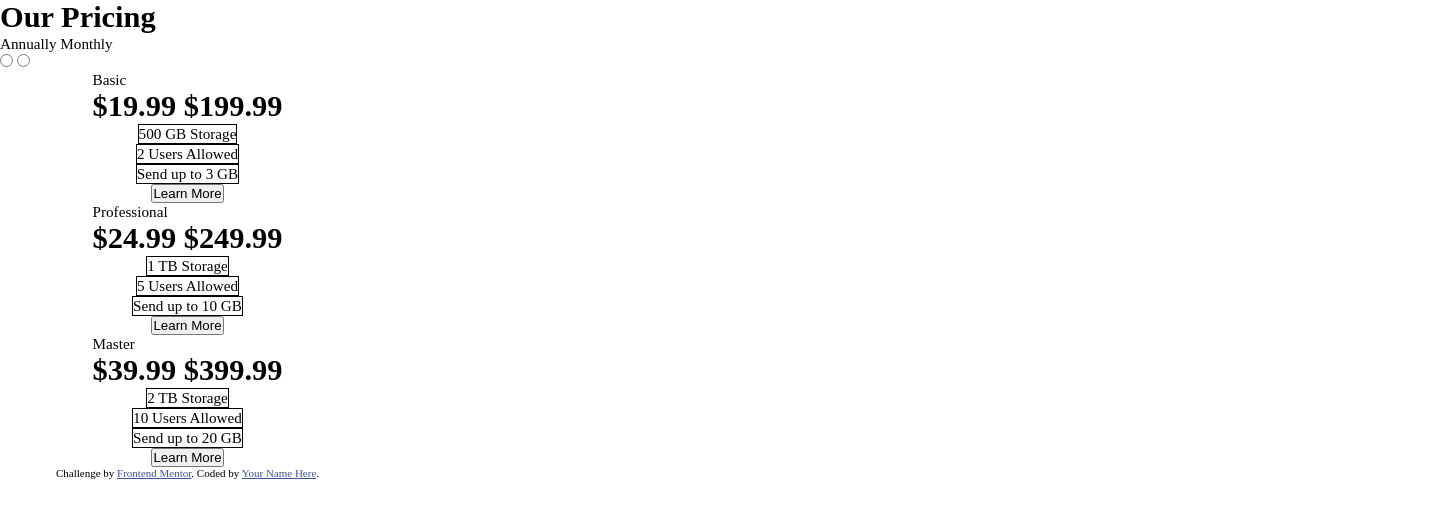
Repository: JuzzJoel/pricing-component-with-toggle-master
Page: index.html
The author's editor kept a copy of each file at every save. The page is drawn from the files as they stood at one save, then again after a run of saves.
The browser window is 1440 px wide. The pictures show the whole page.

Above is the page before, as saved 2025-05-24 08:05:04.

### index.html
<!DOCTYPE html>
<html lang="en">
<head>
  <meta charset="UTF-8">
  <meta name="viewport" content="width=device-width, initial-scale=1.0"> <!-- displays site properly based on user's device -->

  <link rel="icon" type="image/png" sizes="32x32" href="./images/favicon-32x32.png">

  <title>Frontend Mentor | [pricing-component-with-toggle-master]</title>
  <style>
    :root{

--linear-gradient: hsl(236, 72%, 79%) to hsl(237, 63%, 64%);

--clr-pri: hsl(240, 78%, 98%);
--clr-pri-acc: hsl(234, 14%, 74%);
--clr-sec: hsl(233, 13%, 49%);
--clr-sec-acc: hsl(232, 13%, 33%);
    }
*,
*::before,
*::after {
    box-sizing: border-box;
}

* {
    margin: 0;
    padding: 0;
    box-sizing: border-box;
}

    .attribution { font-size: 11px; text-align: center; }
    .attribution a { color: hsl(228, 45%, 44%); }
body{
  font-size: 0.95rem;
  width: 375px;
}


.container{

}
  .pricing-header{

  }

    .toggle-box{}

     .toggle-container{}

       .pricing{}

     .toggle-slider{

     }
   .body{

   }
   .content{
    display: flex;
    flex-direction: column;
    justify-content: space-evenly;
   }
   .card-container{
    display: flex;
    flex-direction: column;
    align-items: center;
   }
        .card{
          display: flex;
          flex-direction: column;
          align-items: center;
          width: 90%;
          height: 90%;
        }
          .rows-head{
            height: 35%;
          }

          .rows{
            height: 15%;
            border: 1px solid black;
          }
          .rows-button{
            height: 25%;
          }


          @media(min-width:1440px){
            .content{
              display: flex;
              flex-direction: column;
              justify-content: space-evenly;
             }
          }
  </style>
</head>
<body>



  <div class="container">
    <div class="pricing-header">
      <h1>Our Pricing</h1>
      <div class="toggle-box">
        Annually
        Monthly
        <div class="toggle-container">

          <input type="radio" class="pricing" id="price-annnual">
          <label for=""></label>

          <input type="radio" class="pricing" id="price-month">
          <label for=""></label>

          <div class="toggle-slider"></div>
        </div>
      </div>
      <div class="body">
        <div class="content">
          <div class="card-container">
<div class="card">
            <div class="rows-head">Basic
         <h1>   &dollar;19.99
            &dollar;199.99</h1>
          </div>
            <div class="rows">500 GB Storage</div>
            <div class="rows">2 Users Allowed</div>
            <div class="rows">Send up to 3 GB</div>
            <div class="rows-button"><button>Learn More</button></div>
          </div>
          </div>

          <div class="card-container">
            <div class="card">
            <div class="rows-head">Professional
              <h1>  &dollar;24.99
            &dollar;249.99 </h1>
          </div>
            <div class="rows">1 TB Storage</div>
            <div class="rows">5 Users Allowed</div>
            <div class="rows">Send up to 10 GB</div>
            <div class="rows-button"><button>Learn More</button></div>
          </div>
          </div>
          <div class="card-container">
            <div class="card">
            <div class="rows-head">Master
              <h1>   &dollar;39.99
            &dollar;399.99</h1>
          </div>
            <div class="rows">2 TB Storage</div>
            <div class="rows">10 Users Allowed</div>
            <div class="rows">Send up to 20 GB</div>
            <div class="rows-button"><button>Learn More</button></div>
          </div>
          </div>
        </div>
      </div>
    </div>
  </div>

  <div class="attribution">
    Challenge by <a href="https://www.frontendmentor.io?ref=challenge" target="_blank">Frontend Mentor</a>.
    Coded by <a href="#">Your Name Here</a>.
  </div>
</body>
</html>

After the next 2 saves:
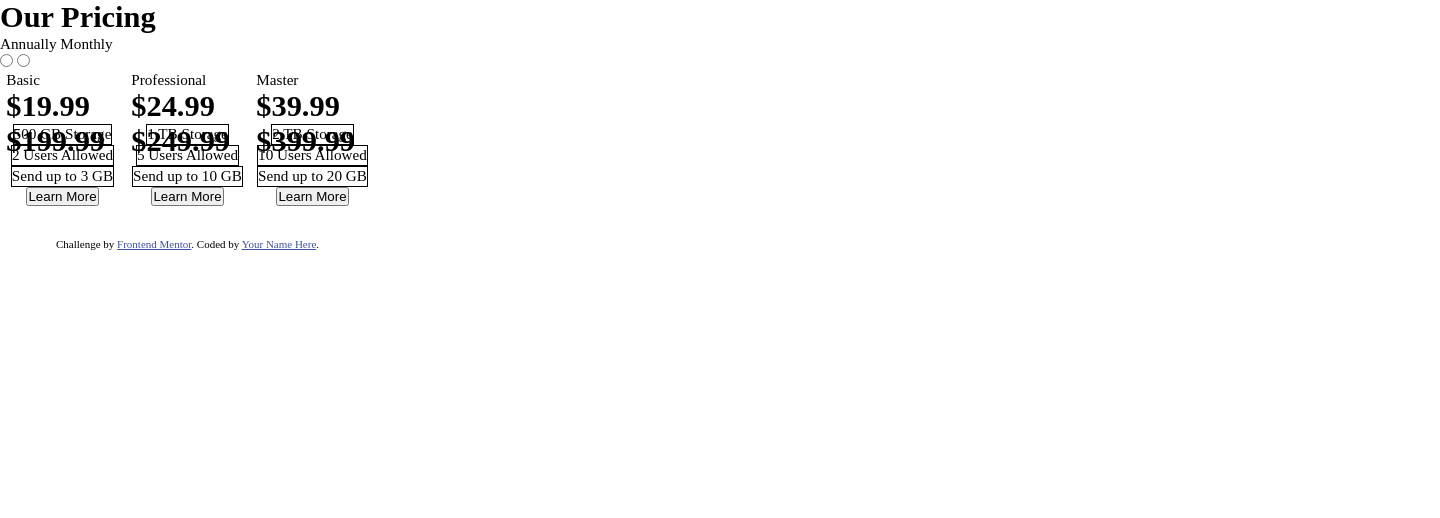
The 2 saves are shown as one change because they came seconds apart.
The last was saved 8 s later.
--- a/index.html
+++ b/index.html
@@ -88,8 +88,7 @@ body{
 
           @media(min-width:1440px){
             .content{
-              display: flex;
-              flex-direction: column;
+              flex-direction: row;
               justify-content: space-evenly;
              }
           }
